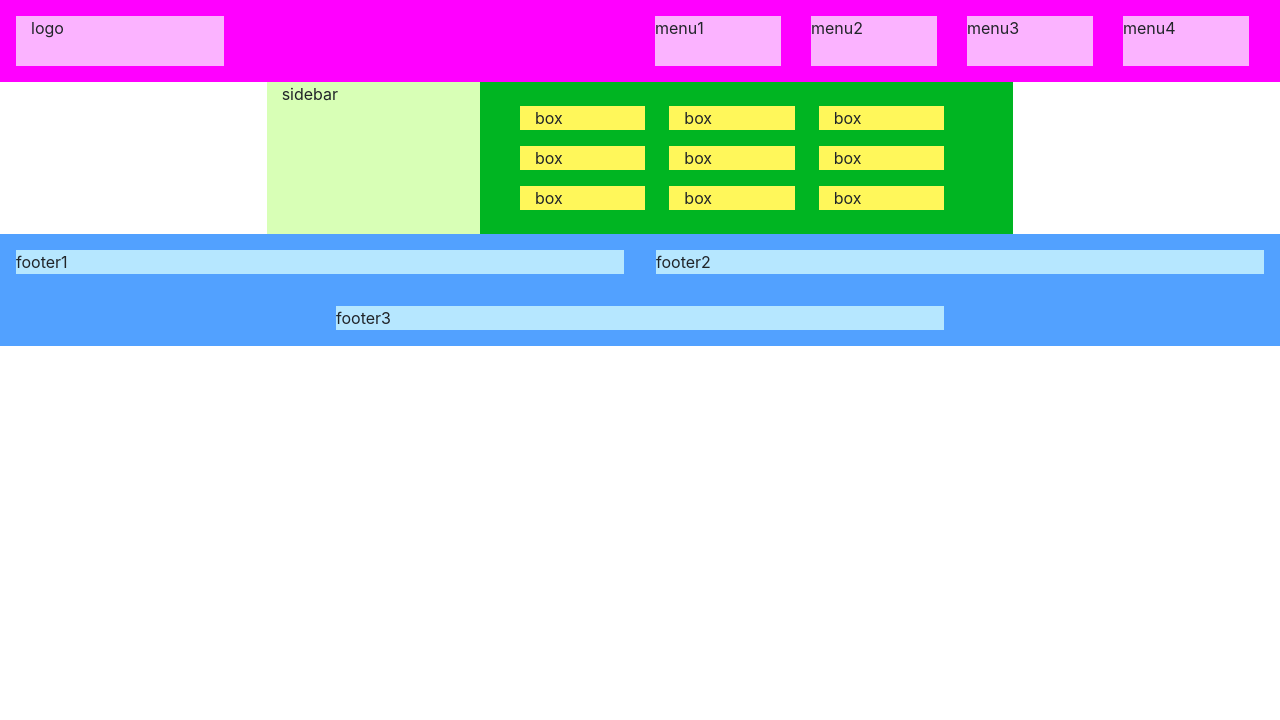
Repository: yuta0108/booker1-debug
Page: bootstrap_practice/index.html
The author's editor kept a record of every edit. The page is drawn from the files as they stood at one moment, then again after the next edit.
The browser window is 1280 px wide. The pictures show the whole page.

Above is the page before.

After the next edit:
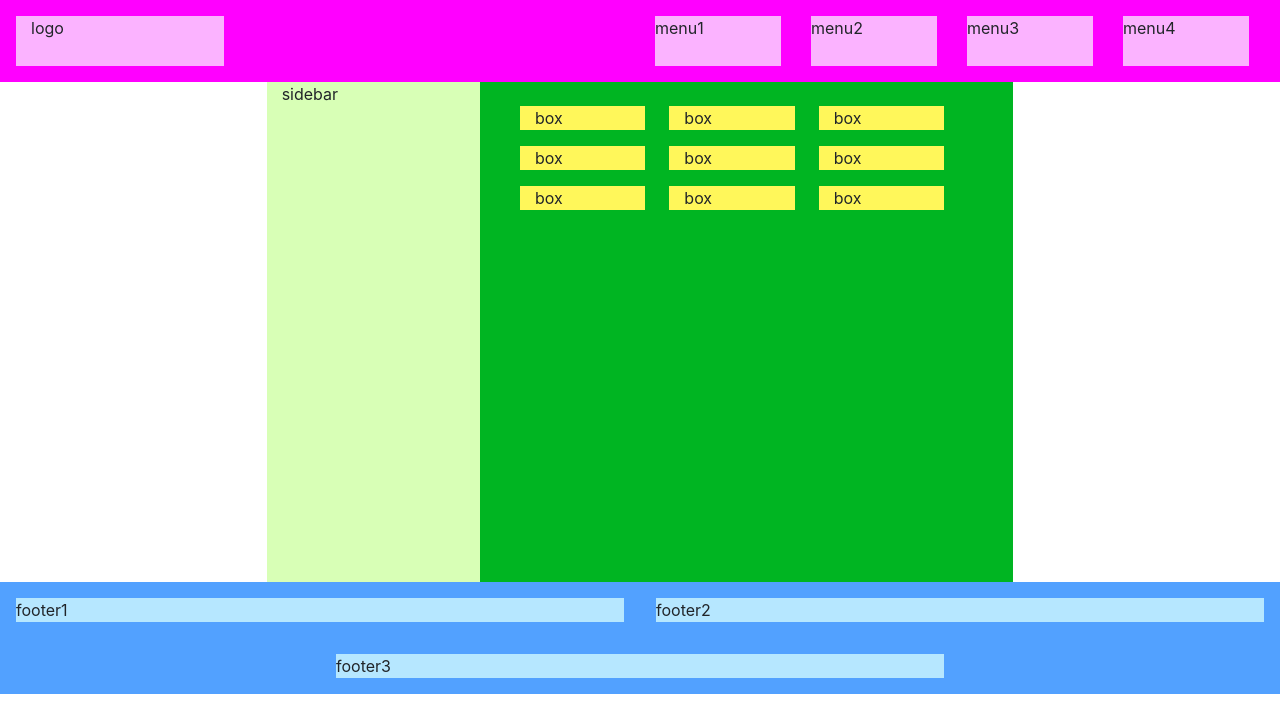
The edit:
--- a/bootstrap_practice/style.css
+++ b/bootstrap_practice/style.css
@@ -8,8 +8,8 @@
   height: 50px;
 }
 
-.co {
-  height: 400px;
+.main {
+  height: 500px;
 }
 
 .row-2 {
